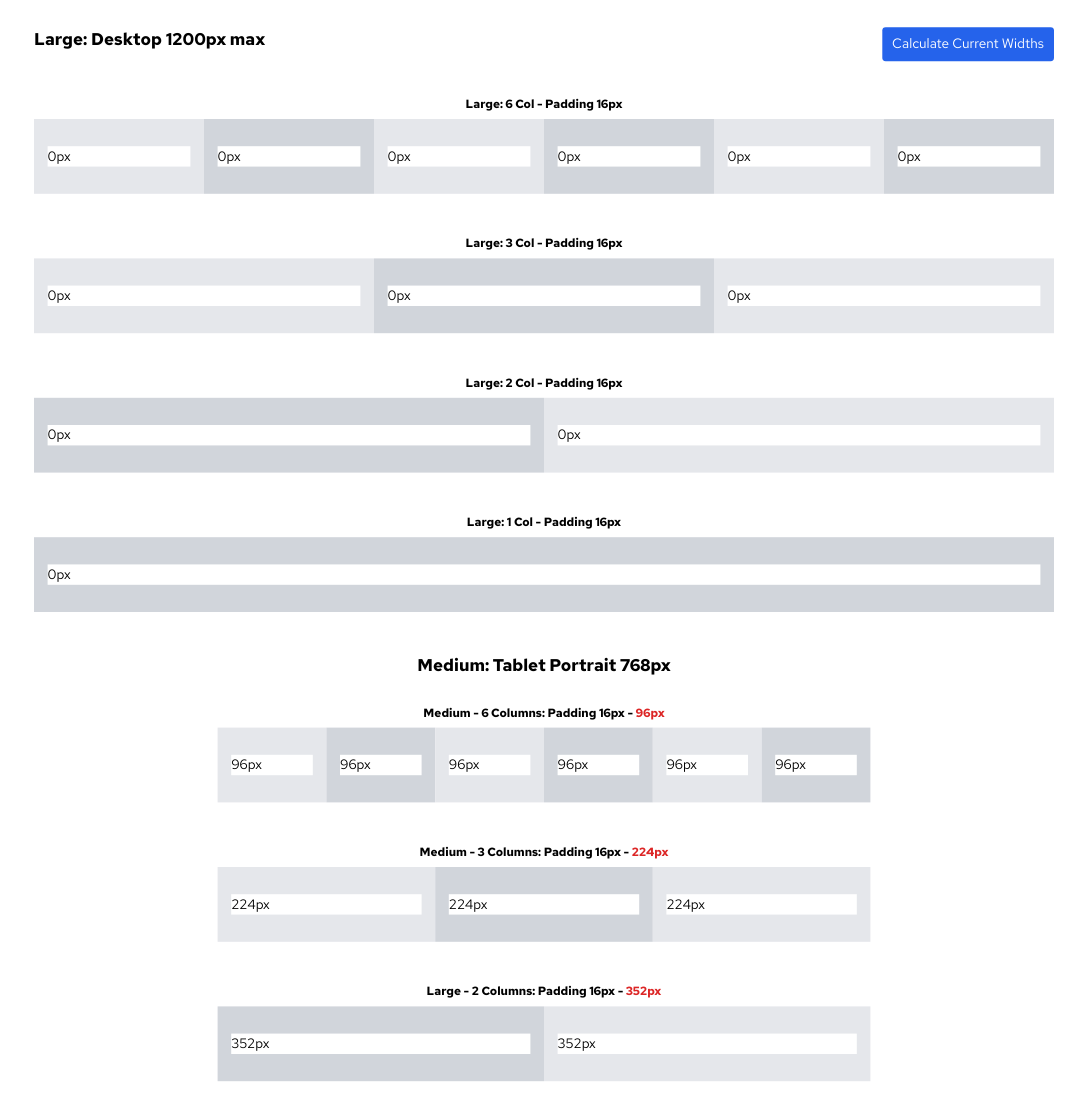
Repository: fabianwurk/vue-tailwind
Page: /
The author's editor kept a copy of each file at every save. The page is drawn from the files as they stood at one save, then again after the next save.
The browser window is 1280 px wide. The pictures show the whole page, at 85% of full size.
The project was rebuilt for these pictures with package versions that can differ from the ones it lists, and the page was loaded fresh each time. Also part of the build but not shown: vite.config.js.

Above is the page before, as saved 2021-03-16 22:24:31.

### index.html
<!DOCTYPE html>
<html lang="en">
  <head>
    <link rel="preconnect" href="https://fonts.gstatic.com">
<link href="https://fonts.googleapis.com/css2?family=Red+Hat+Text:wght@400;700&display=swap" rel="stylesheet">
    <meta charset="UTF-8" />
    <link rel="icon" href="/favicon.ico" />
    <meta name="viewport" content="width=device-width, initial-scale=1.0" />
    <title>Vite App</title>
  </head>
  <body>
    <div id="app"></div>
    <script type="module" src="/src/main.js"></script>
  </body>
</html>

### src/App.vue
<template>
  <Large />
  <Medium />
</template>

<script setup>
import Large from './components/Large.vue';
import Medium from './components/Medium.vue';

</script>

### src/index.css
/* ./src/index.css */
@tailwind base;

body {
  font-family: 'Red Hat Text', sans-serif;
}
@tailwind components;
@tailwind utilities;

### src/components/Large.vue
<template>
  <div>

    <div class="container mx-auto">
      <div class="flex flex-wrap justify-between px-4 lg:px-0">
        <h1 class="text-xl font-bold mb-2 mt-8 text-center">Large: Desktop 1200px max</h1>
        <button class="bg-blue-600 hover:bg-blue-800 text-white px-3 py-2 mt-8 mb-2 rounded" @click="calculateWidth()">Calculate Current Widths</button>
      </div>
    </div>

    <div class="container mx-auto">
      <h2 class="text-sm font-bold mb-2 mt-8 text-center">Large: 6 Col - Padding 16px</h2>
      <div class="flex items-center">
        <div class="w-1/6 bg-gray-200 mb-4 mt-0 py-8 px-4">
          <span class="bg-white w-full block" ref="w6">{{width6}}px</span>
        </div>
        <div class="w-1/6 bg-gray-300 mb-4 mt-0 py-8 px-4">
          <span class="bg-white w-full block" ref="w6">{{width6}}px</span>
        </div>
        <div class="w-1/6 bg-gray-200 mb-4 mt-0 py-8 px-4">
          <span class="bg-white w-full block" ref="w6">{{width6}}px</span>
        </div>
        <div class="w-1/6 bg-gray-300 mb-4 mt-0 py-8 px-4">
          <span class="bg-white w-full block" ref="w6">{{width6}}px</span>
        </div>
        <div class="w-1/6 bg-gray-200 mb-4 mt-0 py-8 px-4">
          <span class="bg-white w-full block" ref="w6">{{width6}}px</span>
        </div>
        <div class="w-1/6 bg-gray-300 mb-4 mt-0 py-8 px-4">
          <span class="bg-white w-full block" ref="w6">{{width6}}px</span>
        </div>
      </div>
    </div>

    <div class="container mx-auto">
      <h2 class="text-sm font-bold mb-2 mt-8 text-center">Large: 3 Col - Padding 16px</h2>
      <div class="flex items-center">
        <div class="w-1/3 bg-gray-200 mb-4 mt-0 py-8 px-4">
          <span class="bg-white w-full block" ref="w3">{{width3}}px</span>
        </div>
        <div class="w-1/3 bg-gray-300 mb-4 mt-0 py-8 px-4">
          <span class="bg-white w-full block" ref="w3">{{width3}}px</span>
        </div>
        <div class="w-1/3 bg-gray-200 mb-4 mt-0 py-8 px-4">
          <span class="bg-white w-full block" ref="w3">{{width3}}px</span>
        </div>
      </div>
    </div>

    <div class="container mx-auto">
      <h2 class="text-sm font-bold mb-2 mt-8 text-center">Large: 2 Col - Padding 16px</h2>
      <div class="flex items-center">
        <div class="w-1/2 bg-gray-300 mb-4 mt-0 py-8 px-4">
          <span class="bg-white w-full block" ref="w2">{{width2}}px</span>
        </div>
        <div class="w-1/2 bg-gray-200 mb-4 mt-0 py-8 px-4">
          <span class="bg-white w-full block" ref="w2">{{width2}}px</span>
        </div>
      </div>
    </div>

    <div class="container mx-auto">
      <h2 class="text-sm font-bold mb-2 mt-8 text-center">Large: 1 Col - Padding 16px</h2>
      <div class="flex items-center">
        <div class="w-full bg-gray-300 mb-4 mt-0 py-8 px-4">
          <span class="bg-white w-full block" ref="w1">{{width1}}px</span>
        </div>
      </div>
    </div>

  </div>
</template>

<script>
export default {
  data() {
    return {
      width6: 0,
      width3: 0,
      width2: 0,
      width1: 0,
    };
  },
  methods: {
    calculateWidth() {
      this.width6 = this.$refs.w6.clientWidth;
      this.width3 = this.$refs.w3.clientWidth;
      this.width2 = this.$refs.w2.clientWidth;
      this.width1 = this.$refs.w1.clientWidth;
    }
  }
}
</script>

### src/components/Medium.vue
<template>
  <div>
  <h1 class="text-xl font-bold mb-2 mt-8 text-center">Medium: Tablet Portrait 768px</h1>
  <div class="max-w-3xl mx-auto">
    <h2 class="text-sm font-bold mb-2 mt-8 text-center">Medium - 6 Columns: Padding 16px - <span class="text-red-600">{{ sixColMd }}</span></h2>
    <div class="flex items-center">
      <div class="w-1/6 bg-gray-200 mb-4 mt-0 py-8 px-4">
        <span class="bg-white w-full block">{{ sixColMd }}</span>
      </div>
      <div class="w-1/6 bg-gray-300 mb-4 mt-0 py-8 px-4">
        <span class="bg-white w-full block">{{ sixColMd }}</span>
      </div>
      <div class="w-1/6 bg-gray-200 mb-4 mt-0 py-8 px-4">
        <span class="bg-white w-full block">{{ sixColMd }}</span>
      </div>
      <div class="w-1/6 bg-gray-300 mb-4 mt-0 py-8 px-4">
        <span class="bg-white w-full block">{{ sixColMd }}</span>
      </div>
      <div class="w-1/6 bg-gray-200 mb-4 mt-0 py-8 px-4">
        <span class="bg-white w-full block">{{ sixColMd }}</span>
      </div>
      <div class="w-1/6 bg-gray-300 mb-4 mt-0 py-8 px-4">
        <span class="bg-white w-full block">{{ sixColMd }}</span>
      </div>
    </div>
  </div>

  <div class="max-w-3xl mx-auto">
    <h2 class="text-sm font-bold mb-2 mt-8 text-center">Medium - 3 Columns: Padding 16px - <span class="text-red-600">{{ threeColMd }}</span></h2>
    <div class="flex items-center">
      <div class="w-1/3 bg-gray-200 mb-4 mt-0 py-8 px-4">
        <span class="bg-white w-full block">{{ threeColMd }}</span>
      </div>
      <div class="w-1/3 bg-gray-300 mb-4 mt-0 py-8 px-4">
        <span class="bg-white w-full block">{{ threeColMd }}</span>
      </div>
      <div class="w-1/3 bg-gray-200 mb-4 mt-0 py-8 px-4">
        <span class="bg-white w-full block">{{ threeColMd }}</span>
      </div>
    </div>
  </div>

  <div class="max-w-3xl mx-auto">
    <h2 class="text-sm font-bold mb-2 mt-8 text-center">Large - 2 Columns: Padding 16px - <span class="text-red-600">{{ twoColMd }}</span></h2>
    <div class="flex items-center">
      <div class="w-1/2 bg-gray-300 mb-4 mt-0 py-8 px-4">
        <span class="bg-white w-full block">{{ twoColMd }}</span>
      </div>
      <div class="w-1/2 bg-gray-200 mb-4 mt-0 py-8 px-4">
        <span class="bg-white w-full block">{{ twoColMd }}</span>
      </div>
    </div>
  </div>

  </div>
</template>

<script>
export default {
  data() {
    return {
      sixColMd: "96px",
      threeColMd: "224px",
      twoColMd: "352px",
    };
  },
}
</script>

### tailwind.config.js
module.exports = {
  purge: ['./index.html', './src/**/*.{vue,js,ts,jsx,tsx}'],
  darkMode: false, // or 'media' or 'class'
  theme: {
    extend: {
      container: {
        'md': {'max': '768px'},
      },
      screens: {
        'xl': {'min': '1200px', 'max': '1280px'},
        '2xl': {'max': '1280px'},
      },
    },
  },
  variants: {
    extend: {},
  },
  plugins: [],
}

Loaded but not shown: src/main.js (common file)

After the next save:
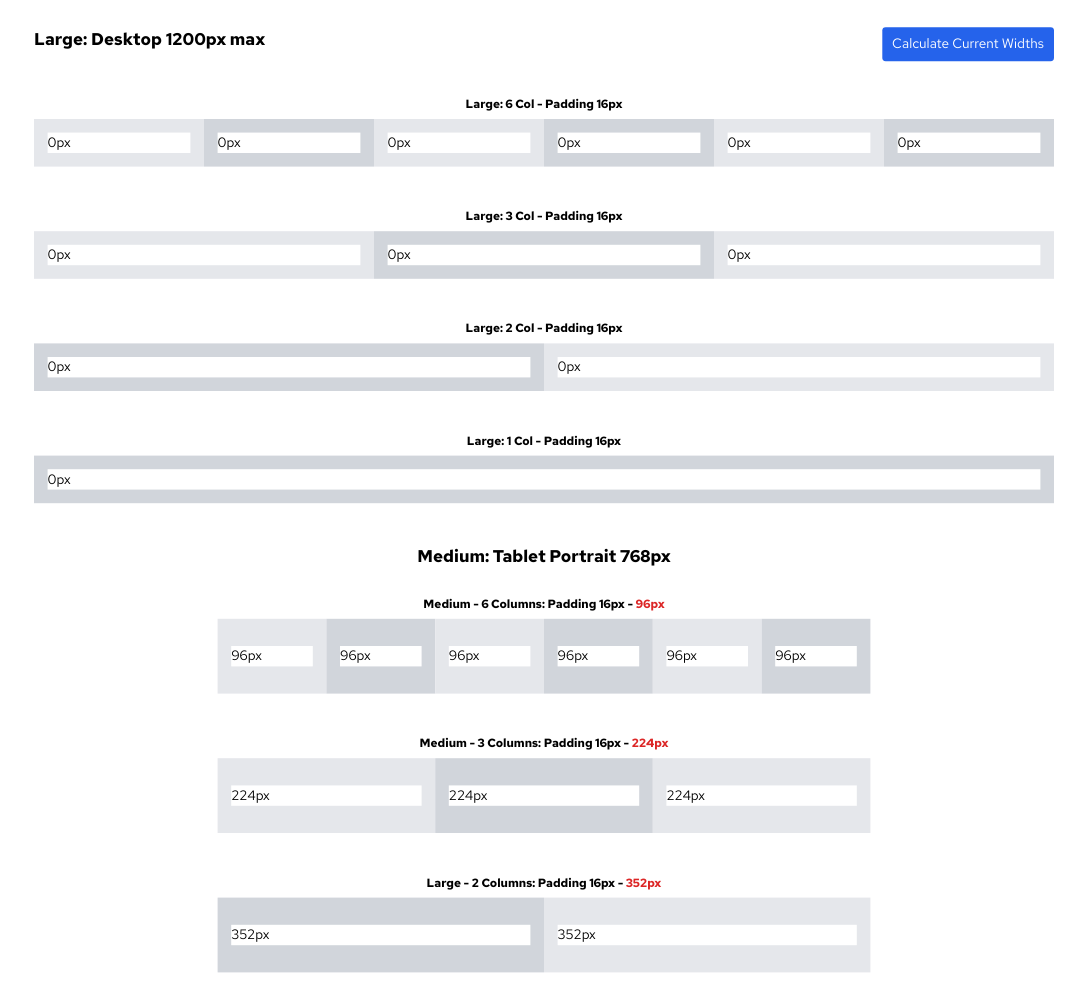
Saved 73 s later.
--- a/src/components/Large.vue
+++ b/src/components/Large.vue
@@ -11,22 +11,22 @@
     <div class="container mx-auto">
       <h2 class="text-sm font-bold mb-2 mt-8 text-center">Large: 6 Col - Padding 16px</h2>
       <div class="flex items-center">
-        <div class="w-1/6 bg-gray-200 mb-4 mt-0 py-8 px-4">
+        <div class="w-1/6 bg-gray-200 mb-4 mt-0 py-4 px-4">
           <span class="bg-white w-full block" ref="w6">{{width6}}px</span>
         </div>
-        <div class="w-1/6 bg-gray-300 mb-4 mt-0 py-8 px-4">
+        <div class="w-1/6 bg-gray-300 mb-4 mt-0 py-4 px-4">
           <span class="bg-white w-full block" ref="w6">{{width6}}px</span>
         </div>
-        <div class="w-1/6 bg-gray-200 mb-4 mt-0 py-8 px-4">
+        <div class="w-1/6 bg-gray-200 mb-4 mt-0 py-4 px-4">
           <span class="bg-white w-full block" ref="w6">{{width6}}px</span>
         </div>
-        <div class="w-1/6 bg-gray-300 mb-4 mt-0 py-8 px-4">
+        <div class="w-1/6 bg-gray-300 mb-4 mt-0 py-4 px-4">
           <span class="bg-white w-full block" ref="w6">{{width6}}px</span>
         </div>
-        <div class="w-1/6 bg-gray-200 mb-4 mt-0 py-8 px-4">
+        <div class="w-1/6 bg-gray-200 mb-4 mt-0 py-4 px-4">
           <span class="bg-white w-full block" ref="w6">{{width6}}px</span>
         </div>
-        <div class="w-1/6 bg-gray-300 mb-4 mt-0 py-8 px-4">
+        <div class="w-1/6 bg-gray-300 mb-4 mt-0 py-4 px-4">
           <span class="bg-white w-full block" ref="w6">{{width6}}px</span>
         </div>
       </div>
@@ -35,13 +35,13 @@
     <div class="container mx-auto">
       <h2 class="text-sm font-bold mb-2 mt-8 text-center">Large: 3 Col - Padding 16px</h2>
       <div class="flex items-center">
-        <div class="w-1/3 bg-gray-200 mb-4 mt-0 py-8 px-4">
+        <div class="w-1/3 bg-gray-200 mb-4 mt-0 py-4 px-4">
           <span class="bg-white w-full block" ref="w3">{{width3}}px</span>
         </div>
-        <div class="w-1/3 bg-gray-300 mb-4 mt-0 py-8 px-4">
+        <div class="w-1/3 bg-gray-300 mb-4 mt-0 py-4 px-4">
           <span class="bg-white w-full block" ref="w3">{{width3}}px</span>
         </div>
-        <div class="w-1/3 bg-gray-200 mb-4 mt-0 py-8 px-4">
+        <div class="w-1/3 bg-gray-200 mb-4 mt-0 py-4 px-4">
           <span class="bg-white w-full block" ref="w3">{{width3}}px</span>
         </div>
       </div>
@@ -50,10 +50,10 @@
     <div class="container mx-auto">
       <h2 class="text-sm font-bold mb-2 mt-8 text-center">Large: 2 Col - Padding 16px</h2>
       <div class="flex items-center">
-        <div class="w-1/2 bg-gray-300 mb-4 mt-0 py-8 px-4">
+        <div class="w-1/2 bg-gray-300 mb-4 mt-0 py-4 px-4">
           <span class="bg-white w-full block" ref="w2">{{width2}}px</span>
         </div>
-        <div class="w-1/2 bg-gray-200 mb-4 mt-0 py-8 px-4">
+        <div class="w-1/2 bg-gray-200 mb-4 mt-0 py-4 px-4">
           <span class="bg-white w-full block" ref="w2">{{width2}}px</span>
         </div>
       </div>
@@ -62,7 +62,7 @@
     <div class="container mx-auto">
       <h2 class="text-sm font-bold mb-2 mt-8 text-center">Large: 1 Col - Padding 16px</h2>
       <div class="flex items-center">
-        <div class="w-full bg-gray-300 mb-4 mt-0 py-8 px-4">
+        <div class="w-full bg-gray-300 mb-4 mt-0 py-4 px-4">
           <span class="bg-white w-full block" ref="w1">{{width1}}px</span>
         </div>
       </div>
